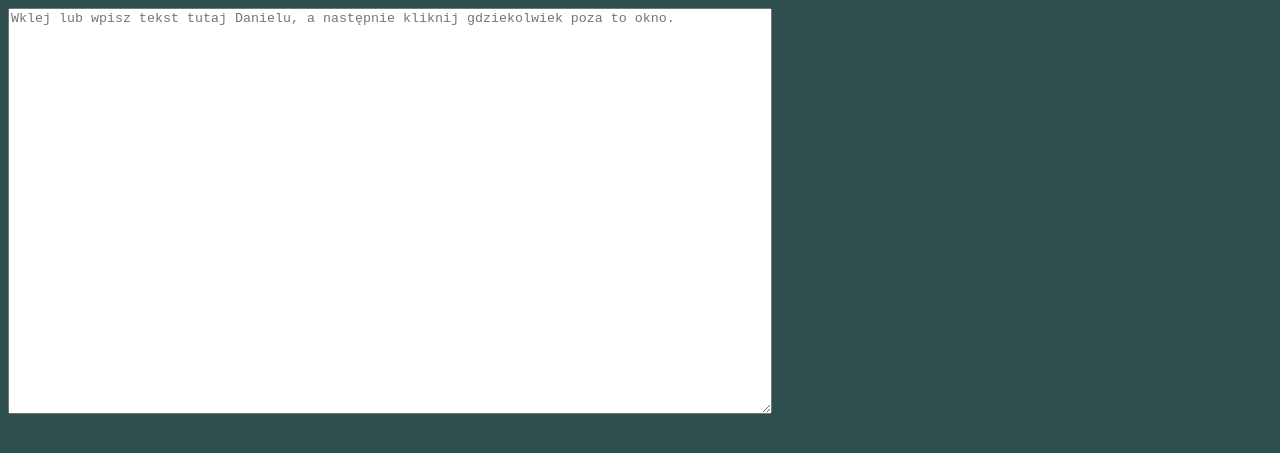
Repository: Gyeboorovsky/Playground
Page: Lettter Counter for Daniel/LetterCounter.html
These files come from the project's save history. The page is drawn as it stood at one moment and after the next save; the edit follows.
The browser window is 1280 px wide. The pictures show the whole page.

Above is the page before, as saved 2020-04-05 03:14:22.

### Lettter Counter for Daniel/LetterCounter.html
<!DOCTYPE html>
<html>
    <head>
        <link rel="stylesheet" type="text/css" href="style.css">
    </head>
    <body>
        <div id="textarea">
            <textarea id="input" placeholder="Wklej lub wpisz tekst tutaj Danielu, a następnie kliknij gdziekolwiek poza to okno." onchange="countLetters()"></textarea>
        </div>
        <script>

            function countLetters() {
                document.getElementById("letters").innerHTML = "";
                const text = document.getElementById("input").value;
                textLength = text.length;
                var unorderedList = [...text].reduce((a, e) => { a[e] = a[e] ? a[e] + 1 : 1; return a }, {});
                console.log(unorderedList); // {h: 1, e: 1, l: 2, o: 1}


                const orderedList = {};
                Object.keys(unorderedList).sort().forEach(function(key) {
                    orderedList[key] = unorderedList[key];
                });
                console.log(orderedList);

                var keys = Object.keys(orderedList);
                var values = Object.values(orderedList);

                var div = document.getElementById("letters");
                var letters;

                for(i=0; i < keys.length; i++){
                    div.innerHTML += `${keys[i]} - ${values[i]} <br>`;
                }
            }

        </script>
        <div id="letters">

        </div>
    </body>
</html>

### Lettter Counter for Daniel/style.css
textarea {
    margin: auto;
    width: 60%;
    height: 400px;
}

body {
    background-color: darkslategray;
}

#textarea {
    margin: auto;
}

After the next save:
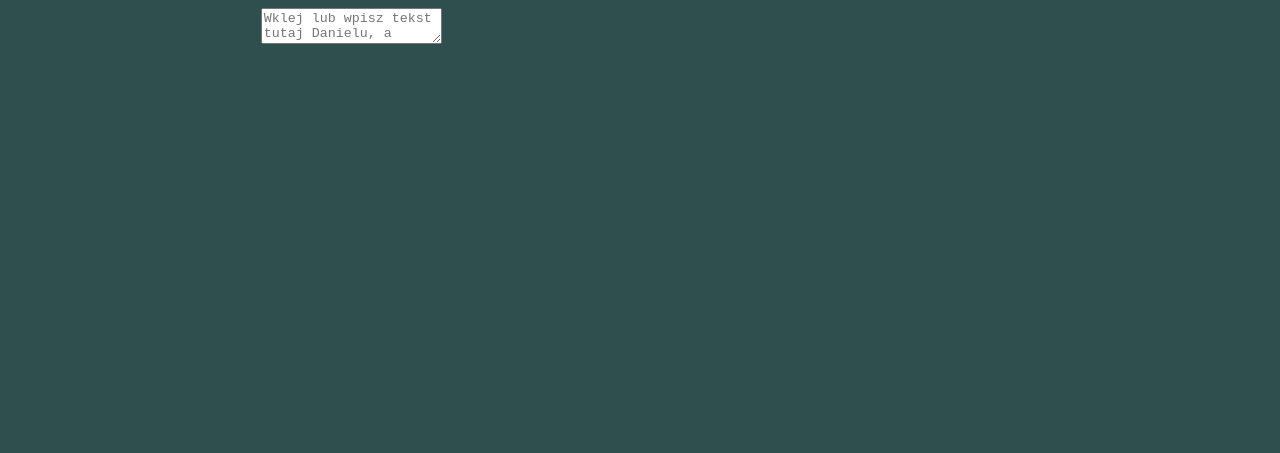
Saved 56 s later.
--- a/Lettter Counter for Daniel/style.css
+++ b/Lettter Counter for Daniel/style.css
@@ -1,7 +1,5 @@
 textarea {
-    margin: auto;
-    width: 60%;
-    height: 400px;
+
 }
 
 body {
@@ -10,4 +8,6 @@ body {
 
 #textarea {
     margin: auto;
+    width: 60%;
+    height: 400px;
 }
